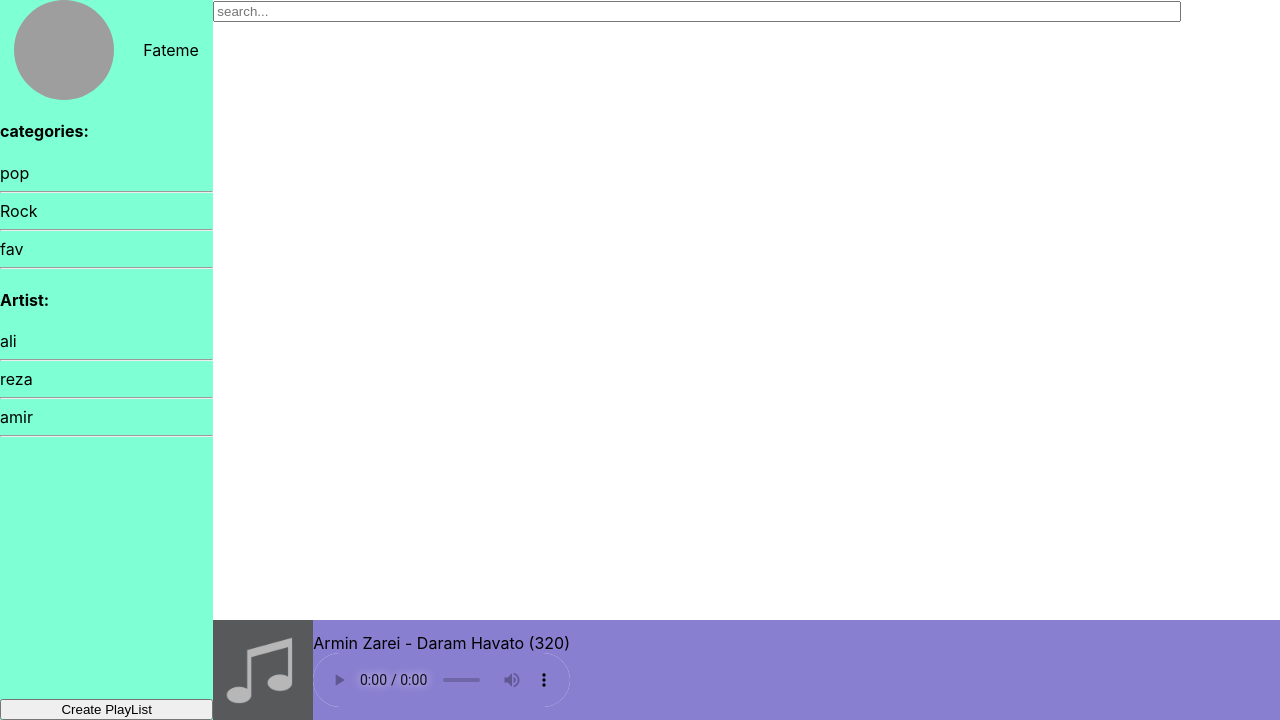
Repository: fateme81yosefi/musicPlayer
Page: /
The author's editor kept a copy of each file at every save. The page is drawn from the files as they stood at one save, then again after the next save.
The browser window is 1280 px wide. The pictures show the whole page.
Pictures or frames that could not be fetched are drawn as grey boxes. The project was rebuilt for these pictures with package versions that can differ from the ones it lists, and the page was loaded fresh each time. Also part of the build but not shown: src/Data/FileUploader/FileUploader.js.

Above is the page before, as saved 2024-06-12 09:49:14.

### src/App.js
import React from 'react';
import FileUploader from './Data/FileUploader/FileUploader';
import MainPage from './Components/MainPage/MainPage';


const App = () => {



  return (
    <div>
      <MainPage />
    </div>
  );
}

export default App;

### src/Components/MainPage/MainPage.js
import "./MainPage.css"
const MainPage = () => {


    return (
        <div className="container">
            <div className="leftMenue">
                <div className="top">
                    <div className="imageProfile">
                        <img src="https://encrypted-tbn0.gstatic.com/images?q=tbn:ANd9GcRXJA32WU4rBpx7maglqeEtt3ot1tPIRWptxA&s" />
                        <div className="name">Fateme</div>

                    </div>
                    <div className="categories">
                        <h4>categories:</h4>
                        <span>pop</span>
                        <hr />
                        <span>Rock</span>
                        <hr />
                        <span>fav</span>
                        <hr />
                    </div>
                    <div className="artist">
                        <h4>Artist:</h4>
                        <span>ali</span>
                        <hr />
                        <span>reza</span>
                        <hr />
                        <span>amir</span>
                        <hr />
                    </div>
                </div>
                <button>Create PlayList</button>
            </div>
            <div className="rightPage">
                <input placeholder="search..." />


                <div className="currentlyPlay">

                    <img src="/song_cover.png" alt="کاور آهنگ" />
                    <div className="containName">
                        <span>Armin Zarei - Daram Havato (320)</span>
                        <audio id="player" src="/Armin Zarei - Daram Havato (320).mp3" controls ></audio>

                    </div>
                </div>
                <div>
                </div>
            </div>
        </div>
    )
}
export default MainPage;

### src/Components/MainPage/MainPage.css
.container{
    display: flex;
    flex-direction: row;
}
.leftMenue{
    background-color: aquamarine;
    width: 20%;
    height: 100vh;
    display: flex;
    flex-direction: column;
    justify-content: space-between;
}
.imageProfile{
    display: flex;
    flex-direction: row;
    align-items: center;
    justify-content: space-around;
}
.imageProfile img{
    border-radius: 100%;
    width: 100px;
    height: 100px;
}
.rightPage{
    width: 100%;
    height: 100vh;
    position: relative;
}
.rightPage input{
    width: 90%;
}
.currentlyPlay{
    display: flex;
    flex-direction: row;
    align-items: center;
    background-color: rgb(137, 127, 209);
    height: 100px;
    bottom: 0;
    position: absolute;
    width: 100%;
}
.currentlyPlay img{
    width: 100px;
    height: 100px;
}

audio{
    width: 100%;
    display: flex;
    flex-direction: column;
    border: none;

}

audio::-webkit-media-controls-panel{
    background-color: rgb(137, 127, 209);
    border: none;
}

Loaded but not shown: public/index.html (common file); src/index.js (common file); src/index.css (common file); src/reportWebVitals.js (common file)

After the next save:
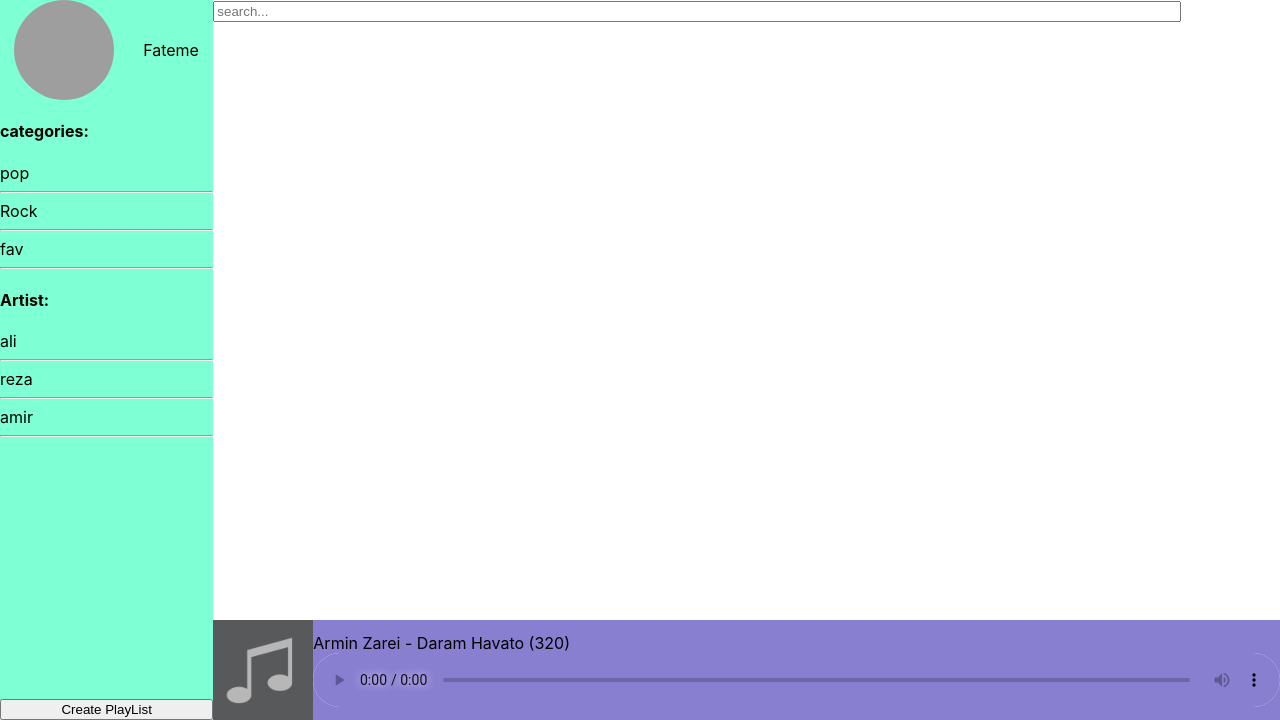
Saved 24 s later.
--- a/src/Components/MainPage/MainPage.css
+++ b/src/Components/MainPage/MainPage.css
@@ -43,7 +43,9 @@
     width: 100px;
     height: 100px;
 }
-
+.containName{
+    width: 100%;
+}
 audio{
     width: 100%;
     display: flex;
